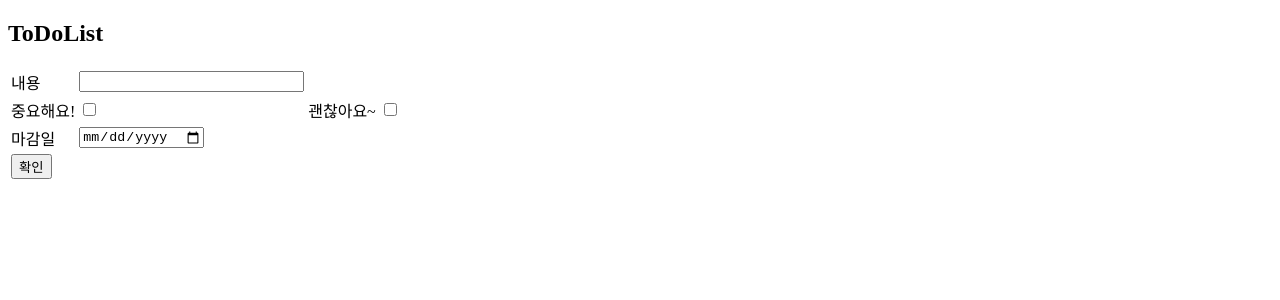
Repository: leesaereum/ToDoList
Page: http://localhost/ToDo/create.jsp
The author's editor kept a copy of each file at every save. The page is drawn from the files as they stood at one save, then again after the next save.
The browser window is 1280 px wide. The pictures show the whole page.
The page is served by Tomcat 9. Other server files are loaded and not shown.

Above is the page before, as saved 2022-03-29 06:06:16.

### ToDo/src/main/webapp/create.jsp
<%@ page language="java" contentType="text/html; charset=UTF-8"
    pageEncoding="UTF-8"%>
<!DOCTYPE html>
<html>
<head>
<meta charset="UTF-8">
<title>ToDoList작성</title>
</head>
<body>

<h2>ToDoList</h2>
<table border="0">
	<form action="create_list.do" method="get">
		<tr>
			<td>내용</td>
			<td><input type="text" name="content" size="25"></td>

		</tr>
		<tr>
		<td>중요해요!</td>
		<td><input type="checkbox" name="isImportant" value = "1"></td>
		<td>괜찮아요~</td>
		<td><input type="checkbox" name="isImportant" value = "0"></td>
		</tr>
		<tr>
			<td>마감일</td>
			<td><input type="date" name="finishDate" ></td>
		</tr>

			<td colspan="2"><input type="submit" value="확인">
		</tr>




	</form>

</table>

</body>
</html>

After the next save:
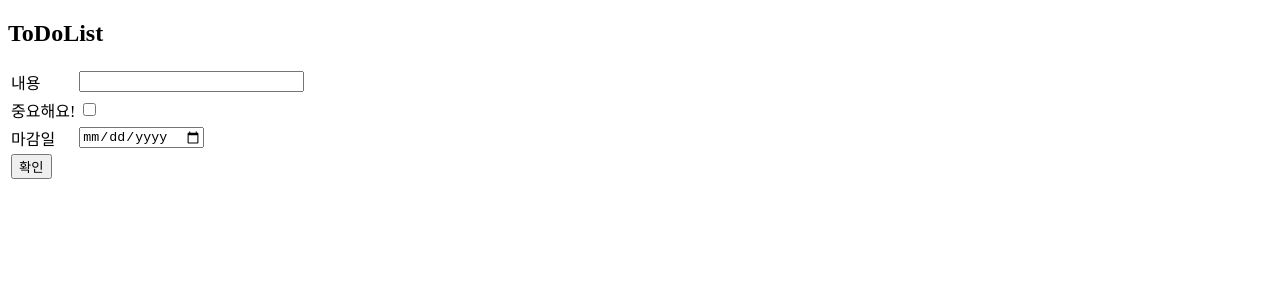
Saved 41 s later.
--- a/ToDo/src/main/webapp/create.jsp
+++ b/ToDo/src/main/webapp/create.jsp
@@ -19,8 +19,6 @@
 		<tr>
 		<td>중요해요!</td>
 		<td><input type="checkbox" name="isImportant" value = "1"></td>
-		<td>괜찮아요~</td>
-		<td><input type="checkbox" name="isImportant" value = "0"></td>
 		</tr>
 		<tr>
 			<td>마감일</td>
